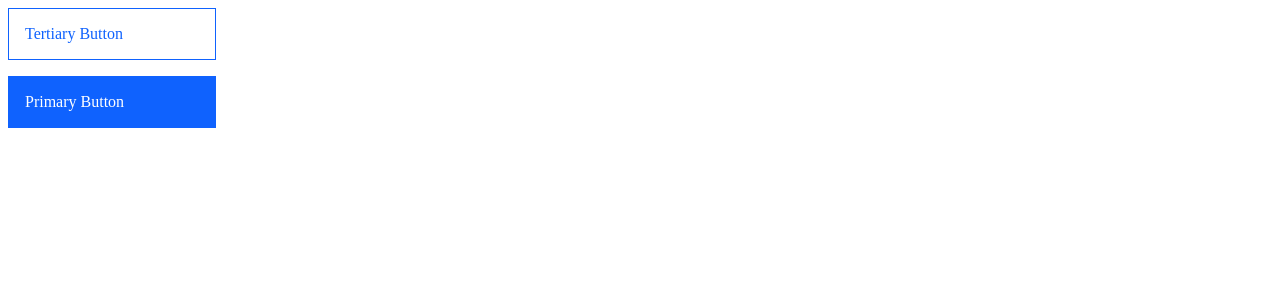
Repository: prav10194/ibm-carbon-components-vanilla
Page: buttons/index.html
An editor plug-in stored every save of this project. The page is shown before and after the next save, followed by the edit.
The browser window is 1280 px wide. The pictures show the whole page.
The pointer rests on the first visible `.primary-button`.
Some web fonts or font styles are not loaded; a fallback is used.

Above is the page before, as saved 2020-11-12 19:37:52.

After the next save:
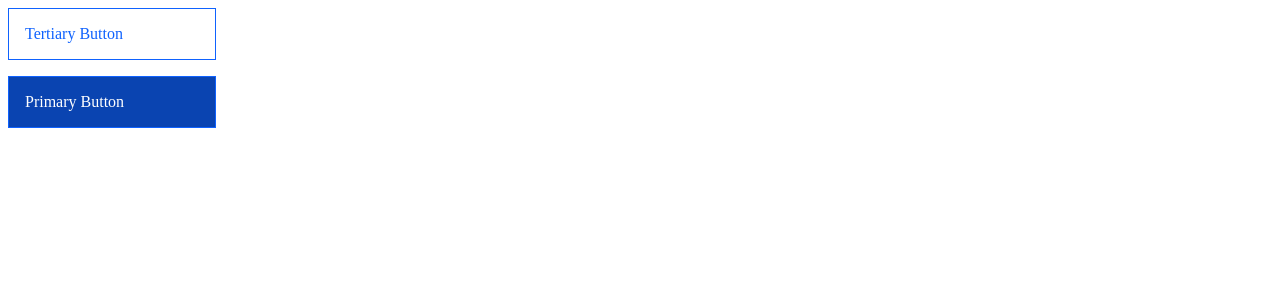
Saved 30 s later.
--- a/buttons/index.css
+++ b/buttons/index.css
@@ -26,6 +26,6 @@
 .primary-button:hover {
     /* background-color: #0f62fe; */
     /* color: white; */
-    background-color: #0f62fe;
+    background-color: #0a44b1;
     cursor: pointer;
 }
